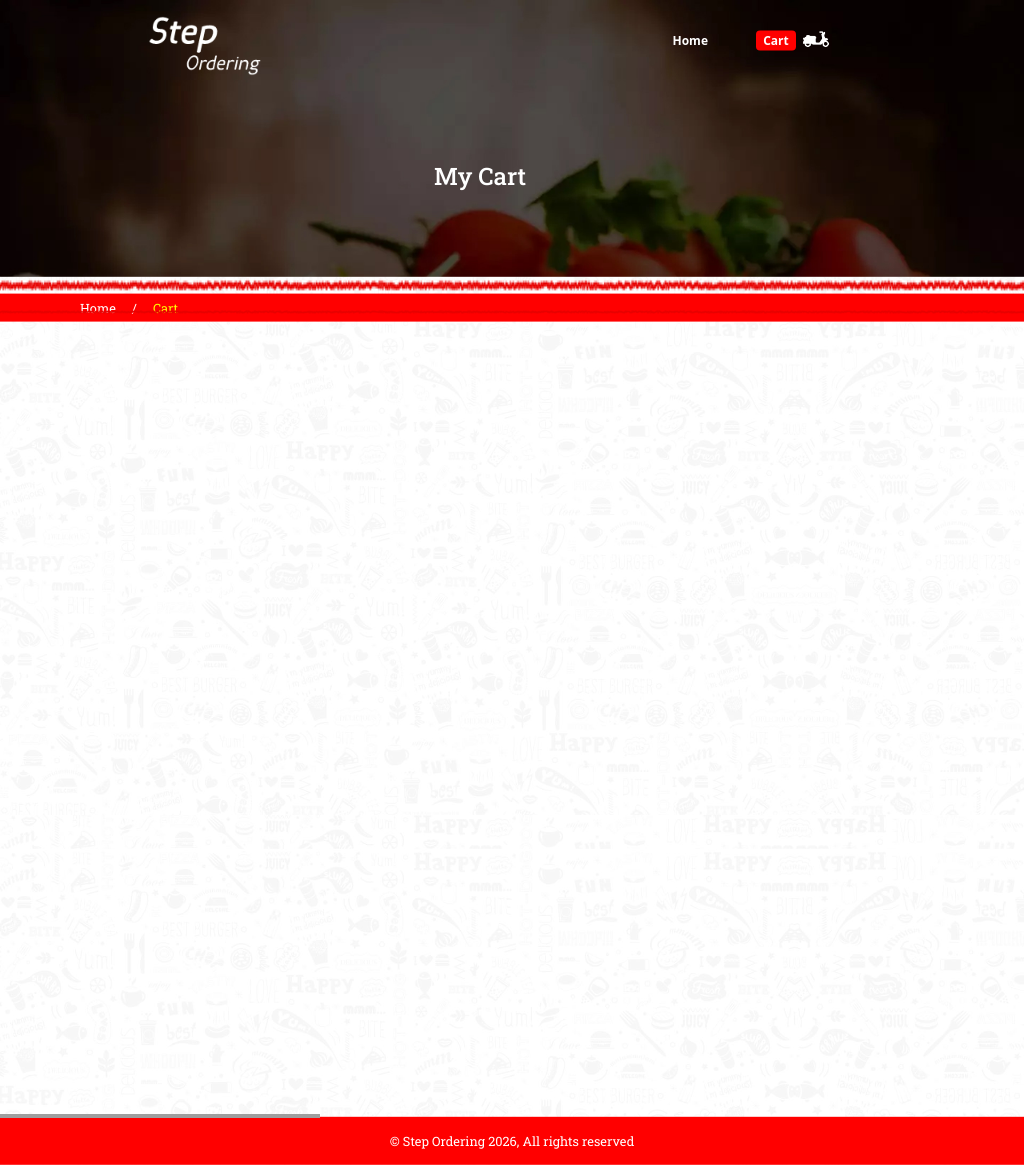
Repository: anastasia29-step/OnlineRestaurant
Page: Cart.html
These files come from the project's save history. The page is drawn as it stood at one moment and after the next save; the edit follows.
The browser window is 1280 px wide. The pictures show the whole page, at 80% of full size.
Pictures or frames that could not be fetched are drawn as grey boxes. Some web libraries are served in a nearby version.

Above is the page before, as saved 2026-03-11 20:54:46.

After the next save:
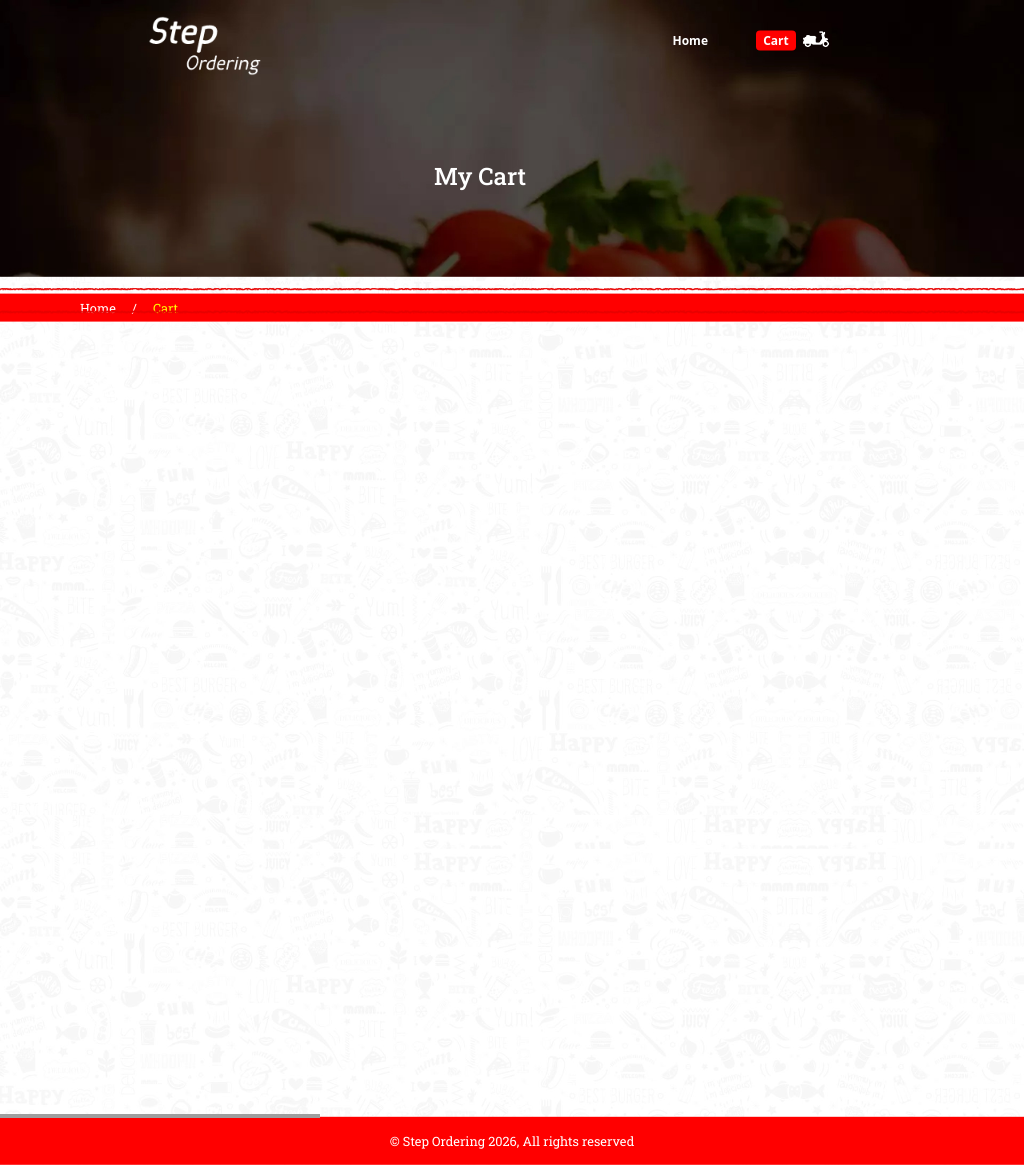
Saved 8 s later.
--- a/cart.css
+++ b/cart.css
@@ -33,7 +33,6 @@
 
 .fisrtimg img {
     width: 100%;
-    height: 15px;
     margin-top: -14px;
 }
 
